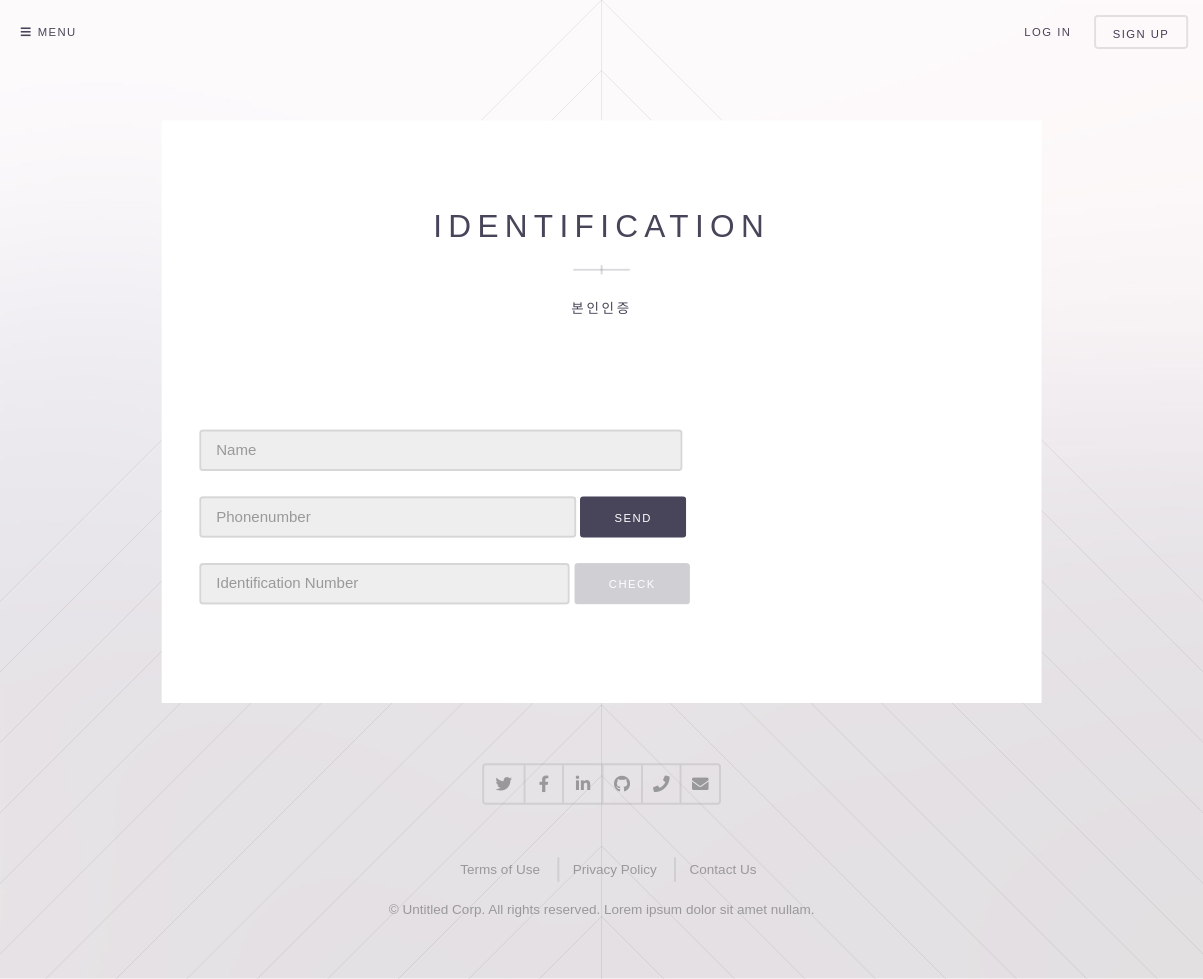
Repository: WKMoon/JavaScript-Project
Page: myFront/WebContent/identification.html
These files come from the project's save history. The page is drawn as it stood at one moment and after the next save; the edit follows.
The browser window is 1280 px wide. The pictures show the whole page, at 94% of full size.
Some web fonts or font styles are not loaded; a fallback is used.

Above is the page before, as saved 2021-03-02 10:43:16.

After the next save:
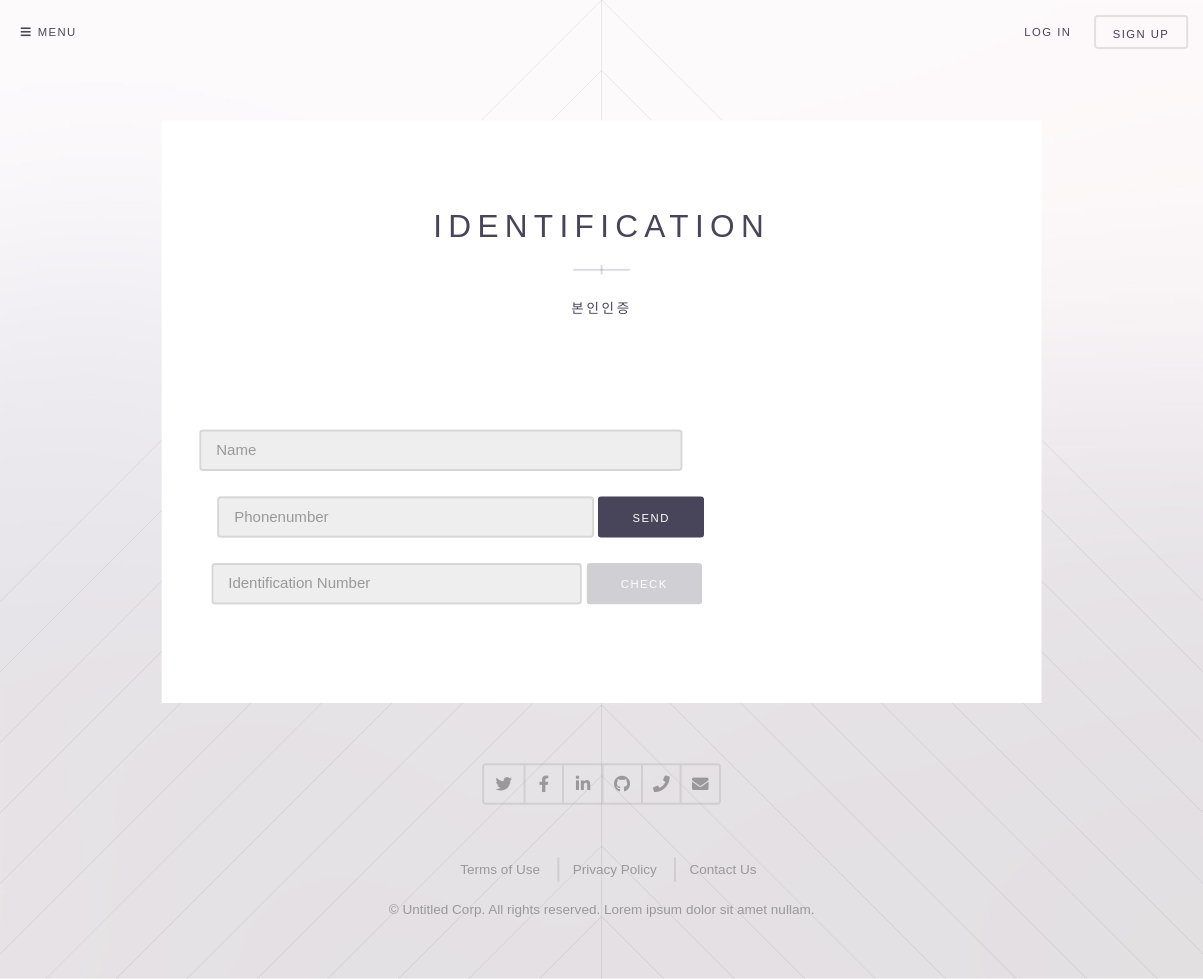
Saved 44 s later.
--- a/myFront/WebContent/identification.html
+++ b/myFront/WebContent/identification.html
@@ -31,7 +31,7 @@
 
 		<!-- Main -->
 			<section id="main" class="wrapper style1">
-				<div class="inner">
+				<div class="inner" style="margin: auto; text-align: center;">
 
 					<!-- Title -->
 						<header class="major special">

After the 2 saves that followed:
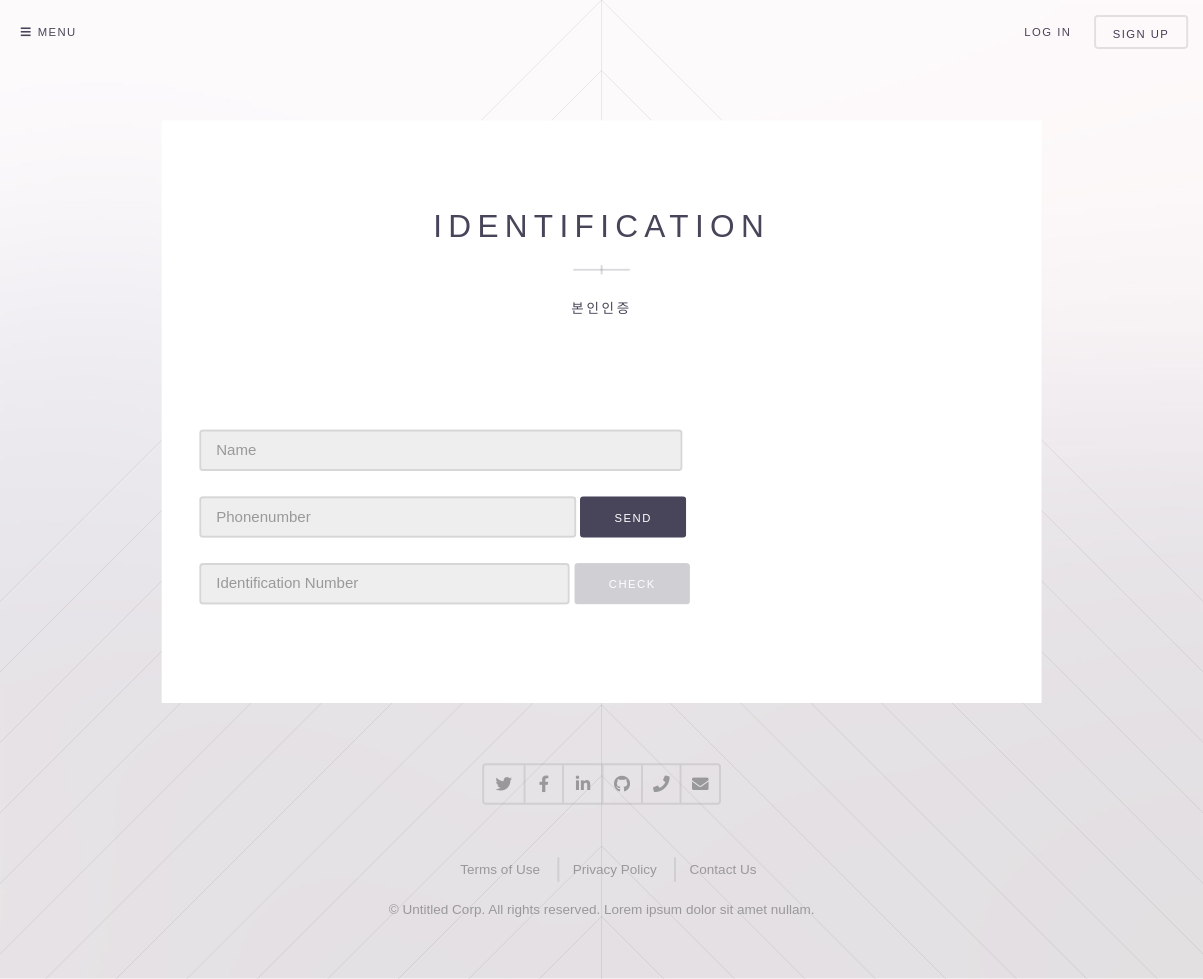
The 2 saves are shown as one change because 1 left the picture as it was.
The last was saved 21 s later.
--- a/myFront/WebContent/identification.html
+++ b/myFront/WebContent/identification.html
@@ -31,7 +31,7 @@
 
 		<!-- Main -->
 			<section id="main" class="wrapper style1">
-				<div class="inner" style="margin: auto; text-align: center;">
+				<div class="inner" >
 
 					<!-- Title -->
 						<header class="major special">
